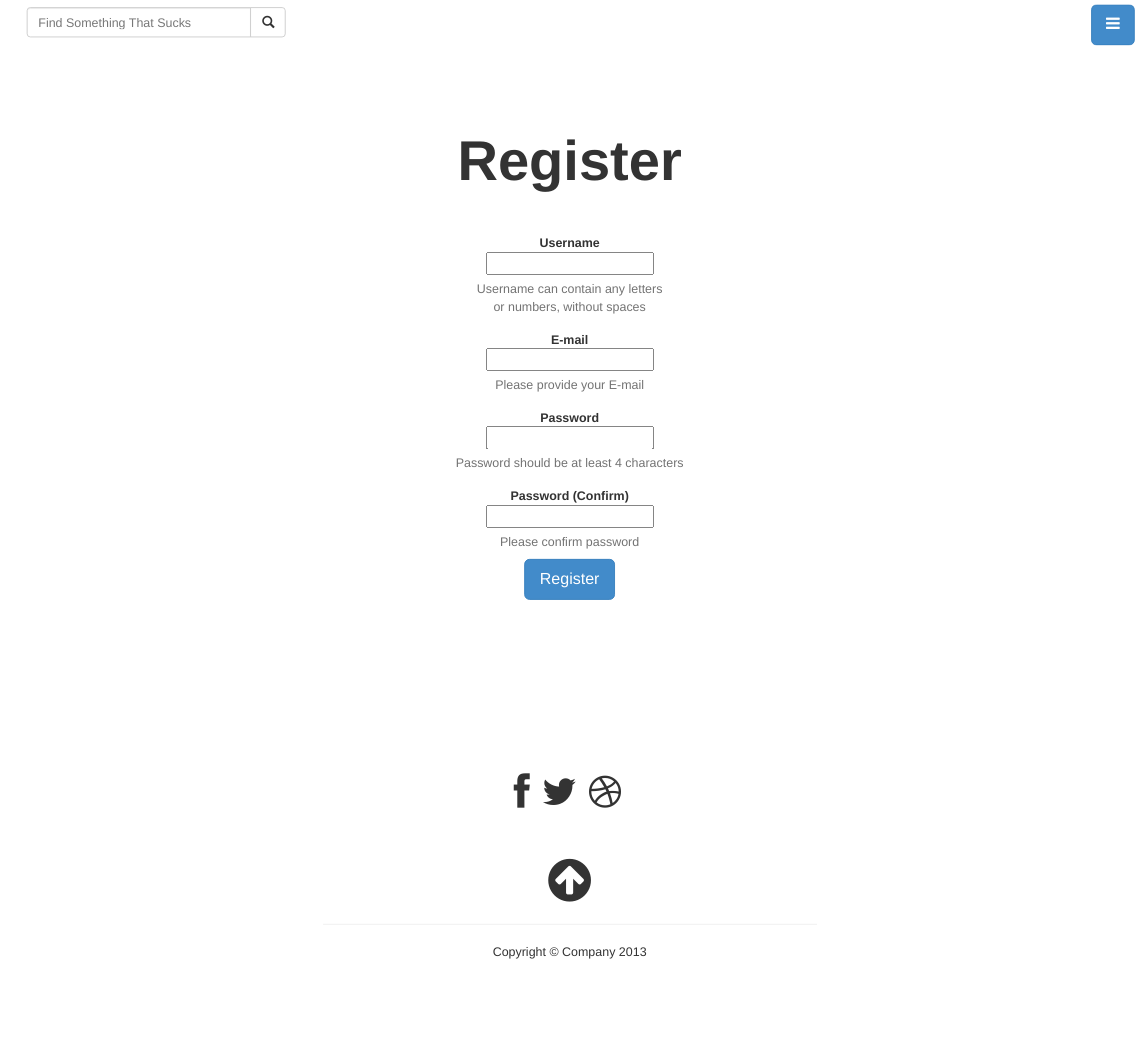
Repository: rajisreehari/sr
Page: http://localhost/SRWeb/WEB-INF/views/sr/register.jsp
An editor plug-in stored every save of this project. The page is shown before and after the next save, followed by the edit.
The browser window is 1280 px wide. The pictures show the whole page, at 89% of full size.
Backgrounds fixed to the window are drawn as part of the page. The page is served by Tomcat 9. Nobody is signed in. Other server files are loaded and not shown. The template is opened directly, without the code that normally fills it, so the values that code supplies are empty.

Above is the page before, as saved 2014-07-16 00:44:10.

### SRWeb/WebContent/WEB-INF/views/sr/register.jsp
<jsp:include page="../common/head.jsp" />
    <!-- Full Page Image Header Area -->
    <div id="top" class="header">
        <div class="vert-text">
            <h1>Register</h1>
<!-- START FROM -->
<br><br>
<form class="form-horizontal" action='' method="POST">
  <fieldset>
    <div class="control-group">
      <!-- Username -->
      <label class="control-label"  for="username">Username</label>
      <div class="controls">
        <input type="text" id="username" name="username" placeholder="" class="input-xlarge">
        <p class="help-block">Username can contain any letters<br> or numbers, without spaces</p>
      </div>
    </div>

    <div class="control-group">
      <!-- E-mail -->
      <label class="control-label" for="email">E-mail</label>
      <div class="controls">
        <input type="text" id="email" name="email" placeholder="" class="input-xlarge">
        <p class="help-block">Please provide your E-mail</p>
      </div>
    </div>

    <div class="control-group">
      <!-- Password-->
      <label class="control-label" for="password">Password</label>
      <div class="controls">
        <input type="password" id="password" name="password" placeholder="" class="input-xlarge">
        <p class="help-block">Password should be at least 4 characters</p>
      </div>
    </div>

    <div class="control-group">
      <!-- Password -->
      <label class="control-label"  for="password_confirm">Password (Confirm)</label>
      <div class="controls">
        <input type="password" id="password_confirm" name="password_confirm" placeholder="" class="input-xlarge">
        <p class="help-block">Please confirm password</p>
      </div>
    </div>


    <div class="control-group">
      <!-- Button -->
      <div class="controls">
        <button class="btn btn-lg btn-primary">Register</button>
      </div>
    </div>
  </fieldset>

<!-- END FORM -->
        </div>
    </div>
    <!-- /Full Page Image Header Area -->

<jsp:include page="../common/footer.jsp" />

### SRWeb/WebContent/WEB-INF/views/common/head.jsp
<%@ taglib prefix="c" uri="http://java.sun.com/jsp/jstl/core" %>

<!DOCTYPE html>
<html lang="en">

<head>
    <meta charset="utf-8">
    <meta name="viewport" content="width=device-width, initial-scale=1.0">
    <meta name="description" content="">
    <meta name="author" content="">


    <title>Suck Rate</title>

    <!-- Bootstrap core CSS -->
    <link href="<c:url value='/static/css/bootstrap.css'/>" rel="stylesheet">



    <!-- Add custom CSS here -->
    <link href="<c:url value='/static/css/stylish-portfolio.css'/>" rel="stylesheet">
    <link href="<c:url value='/static/font-awesome/css/font-awesome.min.css'/>" rel="stylesheet">
</head>

<body>
<jsp:include page="../common/sidemenu.jsp" />

### SRWeb/WebContent/WEB-INF/views/common/sidemenu.jsp
<%@ taglib prefix="c" uri="http://java.sun.com/jsp/jstl/core" %>

<style>
#myCoolDiv{
   width: 100px;
   min-width: 300px;
   position: inherit;
}

</style>
    <!-- Side Menu -->
    <a id="menu-toggle" href="#" class="btn btn-primary btn-lg toggle"><i class="fa fa-bars"></i></a>
    <div id="sidebar-wrapper">
        <ul class="sidebar-nav">
            <a id="menu-close" href="#" class="btn btn-default btn-lg pull-right toggle"><i class="fa fa-times"></i></a>
            <li class="sidebar-brand"><a href="<c:url value='/home'/>">Suck Rate</a></li>
            <li><a href="#register"><a href="<c:url value='/register'/>">Register To Suck</a></li>
            <li><a href="#services">Find Suck Rate</a></li>
            <li><a href="#portfolio">Suck Something</a></li>
            <li><a href="#top">Home</a></li>
            <li><a href="#about">About</a></li>
            <li><a href="#contact">Contact</a></li>
        </ul>
    </div>
    <div class="col-sm-3 col-md-3 pull-left">
            <form class="navbar-form" role="search">
                <div id="myCoolDiv" class="input-group">
                    <input type="text" class="form-control" placeholder="Find Something That Sucks" name="q">
                    <div class="input-group-btn">
                        <button class="btn btn-default" type="submit"><i class="glyphicon glyphicon-search"></i></button>
                    </div>
                </div>
            </form>
        </div>
    <!-- /Side Menu -->

### SRWeb/WebContent/static/css/stylish-portfolio.css
/* Global Styles */

html,
body {
  height: 100%;
  width: 100%;
}

.vert-text {
  display: table-cell;
  vertical-align: middle;
  text-align: center;
}

.vert-text h1 {
  padding: 0;
  margin: 0;
  font-size: 4.5em;
  font-weight: 700;
}

/* Side Menu */

#sidebar-wrapper {
  margin-right: -250px;
  right: 0;
  width: 250px;
  background: #000;
  position: fixed;
  height: 100%;
  overflow-y: auto;
  z-index: 1000;
  -webkit-transition: all 0.4s ease 0s;
  -moz-transition: all 0.4s ease 0s;
  -ms-transition: all 0.4s ease 0s;
  -o-transition: all 0.4s ease 0s;
  transition: all 0.4s ease 0s;
}

.sidebar-nav {
  position: absolute;
  top: 0;
  width: 250px;
  list-style: none;
  margin: 0;
  padding: 0;
}

.sidebar-nav li {
  line-height: 40px;
  text-indent: 20px;
}

.sidebar-nav li a {
  color: #999999;
  display: block;
  text-decoration: none;
}

.sidebar-nav li a:hover {
  color: #fff;
  background: rgba(255,255,255,0.2);
  text-decoration: none;
}

.sidebar-nav li a:active,
.sidebar-nav li a:focus {
  text-decoration: none;
}

.sidebar-nav > .sidebar-brand {
  height: 55px;
  line-height: 55px;
  font-size: 18px;
}

.sidebar-nav > .sidebar-brand a {
  color: #999999;
}

.sidebar-nav > .sidebar-brand a:hover {
  color: #fff;
  background: none;
}

#menu-toggle {
  top: 0;
  right: 0;
  position: fixed;
  z-index: 1;
}

#sidebar-wrapper.active {
  right: 250px;
  width: 250px;
  -webkit-transition: all 0.4s ease 0s;
  -moz-transition: all 0.4s ease 0s;
  -ms-transition: all 0.4s ease 0s;
  -o-transition: all 0.4s ease 0s;
  transition: all 0.4s ease 0s;
}

.toggle {
  margin: 5px 5px 0 0;
}

/* Full Page Image Header Area */

.header {
  display: table;
  height: 100%;
  width: 100%;
  position: relative;
  background: url(../img/bg.jpg) no-repeat center center fixed;
  -webkit-background-size: cover;
  -moz-background-size: cover;
  -o-background-size: cover;
  background-size: cover;
}

/* Intro */

.intro {
  padding: 50px 0;
}

/* Services */

.services {
  background: #7fbbda;
  padding: 50px 0;
  color: #ffffff;
}

.service-item {
  margin-bottom: 15px;
}

i.service-icon {
  border: 3px solid #ffffff;
  border-radius: 50%;
  display: inline-block;
  font-size: 56px;
  width: 140px;
  height: 140px;
  line-height: 136px;
  vertical-align: middle;
  text-align: center;
}

/* Callout */

.callout {
  color: #ffffff;
  display: table;
  height: 400px;
  width: 100%;
  background: url(../img/callout.jpg) no-repeat center center fixed;
  -webkit-background-size: cover;
  -moz-background-size: cover;
  -o-background-size: cover;
  background-size: cover;
}

/* Portfolio */

.portfolio {
  padding: 50px 0;
}

.portfolio-item {
  margin-bottom: 25px;
}

.img-portfolio {
  margin: 0 auto;
}


/* Call to Action */

.call-to-action {
  color: #ffffff;
  background: #0a5175;
  padding: 50px 0;
}

.call-to-action .btn {
  margin: 10px;
}

/* Map */

.map {
  height: 500px;
}

/* Footer */

footer {
  padding: 100px 0;
}

.top-scroll {
  margin-top: 50px;
}

.top-scroll a {
  text-decoration: none;
  color: inherit;
}

i.scroll {
  color: #333333;
}

i.scroll:hover {
  color: #0a5175;
}
/* Responsive */

@media (max-width: 768px) {

  .header {
	background: url(../img/bg.jpg) no-repeat center center scroll;
  }

  .callout {
	background: url(../img/callout.jpg) no-repeat center center scroll;
  }

  .map {
	height: 75%;
  }

}

Loaded but not shown: SRWeb/WebContent/WEB-INF/views/common/footer.jsp (common file); SRWeb/WebContent/static/css/bootstrap.css (library); SRWeb/WebContent/static/font-awesome/css/font-awesome.min.css (library); SRWeb/WebContent/static/js/jquery-1.11.1.min.js (library); SRWeb/WebContent/static/js/bootstrap.min.js (library)

After the next save:
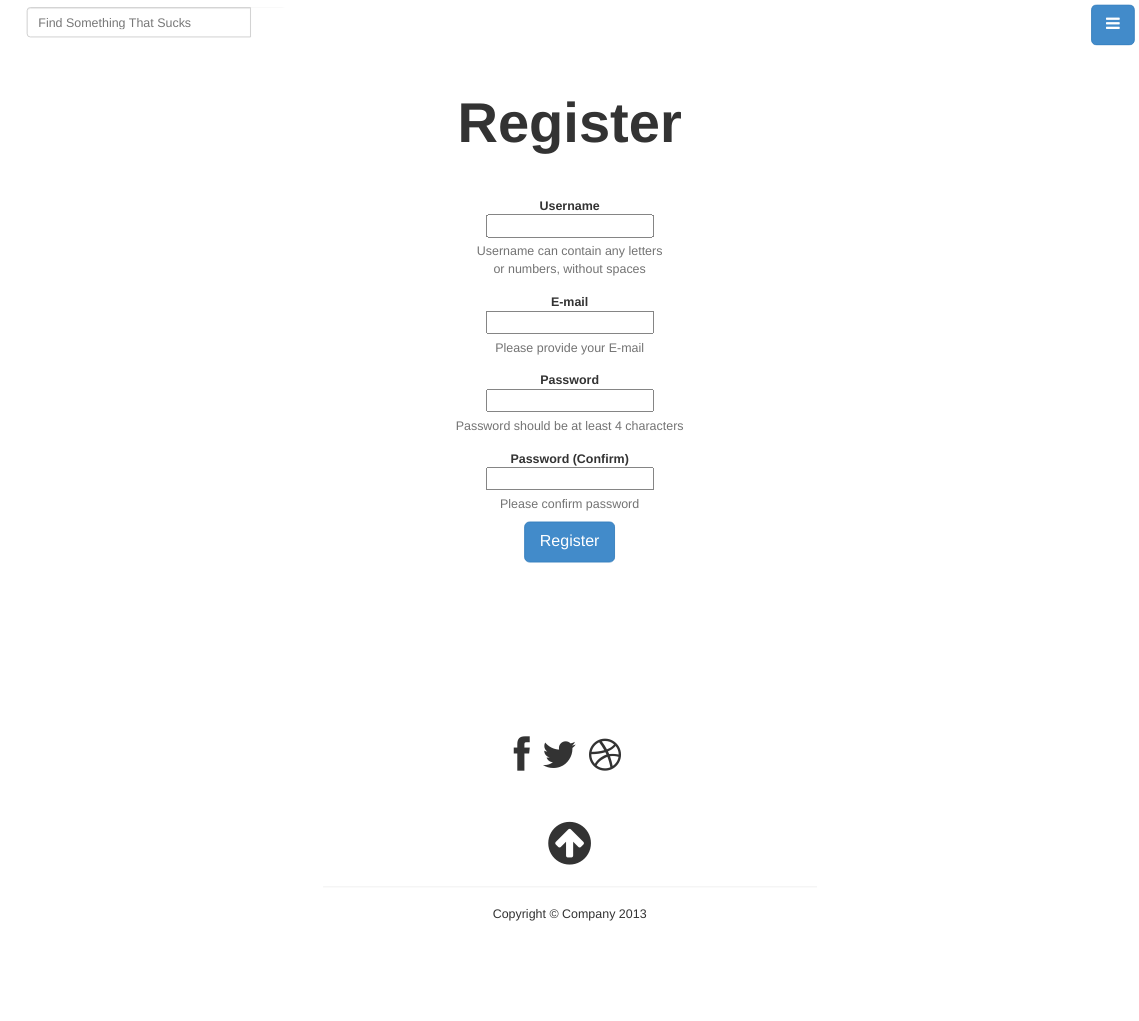
Saved 26 s later.
--- a/SRWeb/WebContent/WEB-INF/views/common/sidemenu.jsp
+++ b/SRWeb/WebContent/WEB-INF/views/common/sidemenu.jsp
@@ -4,7 +4,7 @@
 #myCoolDiv{
    width: 100px;
    min-width: 300px;
-   position: inherit;
+   position: absolute;
 }
 
 </style>
